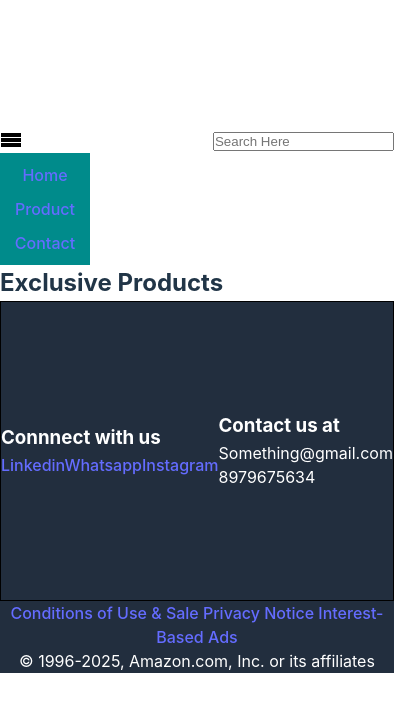
Repository: Aditya0377/React-ecommercewebsite
Page: / (app in ecommerce/)
These files come from the project's save history. The page is drawn as it stood at one moment and after the next save; the edit follows.
The browser window is 375 px wide. The page is 394 px wide, so the pictures cover 394 px, including what lies to the right of the window. The pictures show the whole page.
The project was rebuilt for these pictures with package versions that can differ from the ones it lists, and the page was loaded fresh each time. Also part of the build but not shown: ecommerce/vite.config.js, ecommerce/src/components/Product.jsx, ecommerce/src/components/Contact.css, ecommerce/src/components/Contact.jsx, ecommerce/src/components/Login.css, ecommerce/src/components/Login.jsx.

Above is the page before, as saved 2025-01-22 16:04:20.

After the next save:
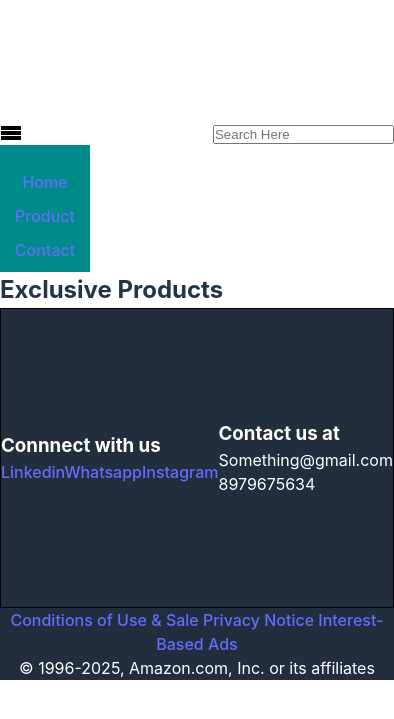
Saved 75 s later.
--- a/ecommerce/src/components/Header.css
+++ b/ecommerce/src/components/Header.css
@@ -46,6 +46,7 @@
         display: none;
     }
     .menu ul{
+        margin-top: 15px;
         width: 100%;
          display:flex;
          flex-direction: column;
@@ -59,5 +60,5 @@
         transform: translateX(-100px)
 
     }
-    transition: ;
+
 }

After the save that followed:
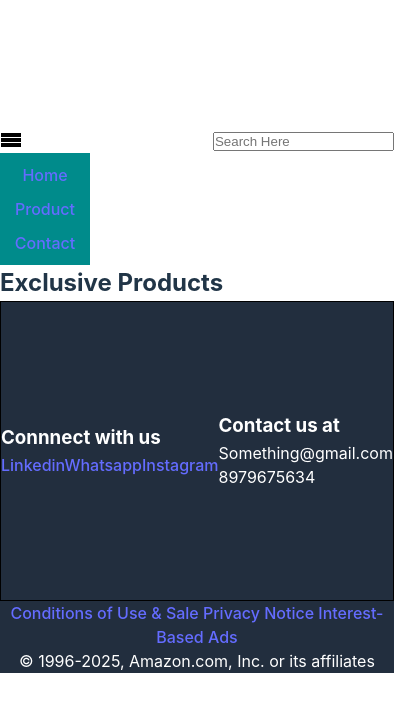
Saved 77 s later.
--- a/ecommerce/src/components/Header.css
+++ b/ecommerce/src/components/Header.css
@@ -46,7 +46,7 @@
         display: none;
     }
     .menu ul{
-        margin-top: 15px;
+
         width: 100%;
          display:flex;
          flex-direction: column;
